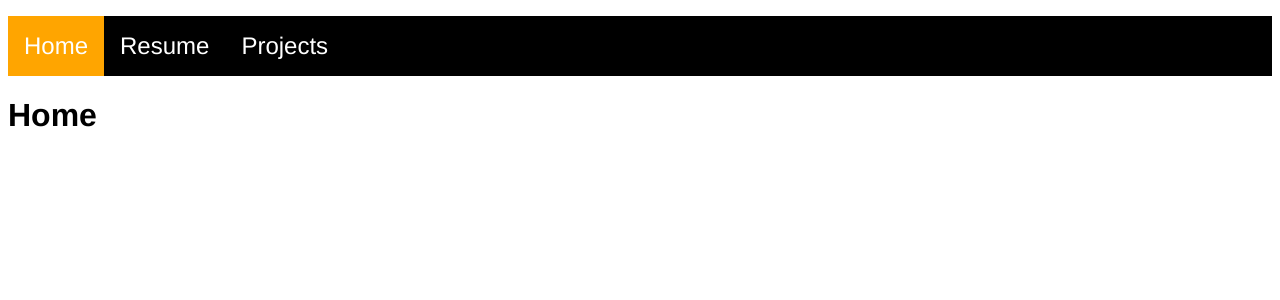
Repository: TangDylan/TangDylan.github.io
Page: index.html
The author's editor kept a record of every edit. The page is drawn from the files as they stood at one moment, then again after the next edit.
The browser window is 1280 px wide. The pictures show the whole page.

Above is the page before.

### index.html
<!DOCTYPE html>
<html>
    <head>

        <title>Home</title>

        <style>

          * {
            font-family:helvetica;
          }

          .navbar {
            list-style:none;
            background-color:black;
            overflow:hidden;
            padding:0;

          }

          .navbar a, .dropdown div {
            text-decoration:none;
            color:white;
            font-size:24px;
            padding: 16px;
            display:inline-block
          }

          .navbar li {
            float:left;
          }

          .navbar li:hover {
          background-color:lightblue;
          }

          .dropdown-content {
            list-style:none;
            padding:0;
            display:none;
            position:absolute;
            z-index:1;
            background-color:black;
          }

          .dropdown-content li {
            float:none;
          }

          .dropdown:hover .dropdown-content {
           display:block;
          }

          .active {
           background-color:orange;
          }

        </style>
    </head>

    <body>

      <ul class="navbar">
        <li class="active"><a href="index.html">Home</a></li>
        <li><a href="resume.html">Resume</a></li>
        <li class="dropdown">
          <div>Projects</div>
          <ul class="dropdown-content">
            <li><a href="#">Project 1</a></li>
            <li><a href="#">Project 2</a></li>
            <li><a href="#">Project 3</a></li>

          </ul>

        </li>

      </ul>

        <h1>
          Home
        </h1>


    </body>

</html>

After the next edit:
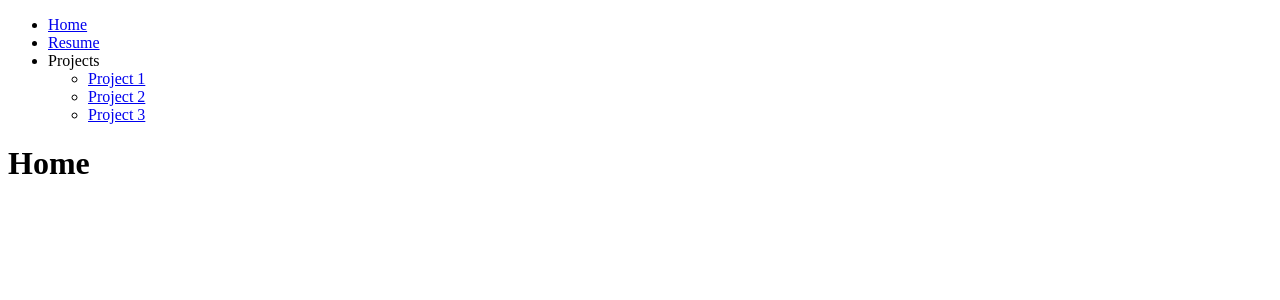
The edit:
--- a/index.html
+++ b/index.html
@@ -6,54 +6,7 @@
 
         <style>
 
-          * {
-            font-family:helvetica;
-          }
 
-          .navbar {
-            list-style:none;
-            background-color:black;
-            overflow:hidden;
-            padding:0;
-
-          }
-
-          .navbar a, .dropdown div {
-            text-decoration:none;
-            color:white;
-            font-size:24px;
-            padding: 16px;
-            display:inline-block
-          }
-
-          .navbar li {
-            float:left;
-          }
-
-          .navbar li:hover {
-          background-color:lightblue;
-          }
-
-          .dropdown-content {
-            list-style:none;
-            padding:0;
-            display:none;
-            position:absolute;
-            z-index:1;
-            background-color:black;
-          }
-
-          .dropdown-content li {
-            float:none;
-          }
-
-          .dropdown:hover .dropdown-content {
-           display:block;
-          }
-
-          .active {
-           background-color:orange;
-          }
 
         </style>
     </head>
